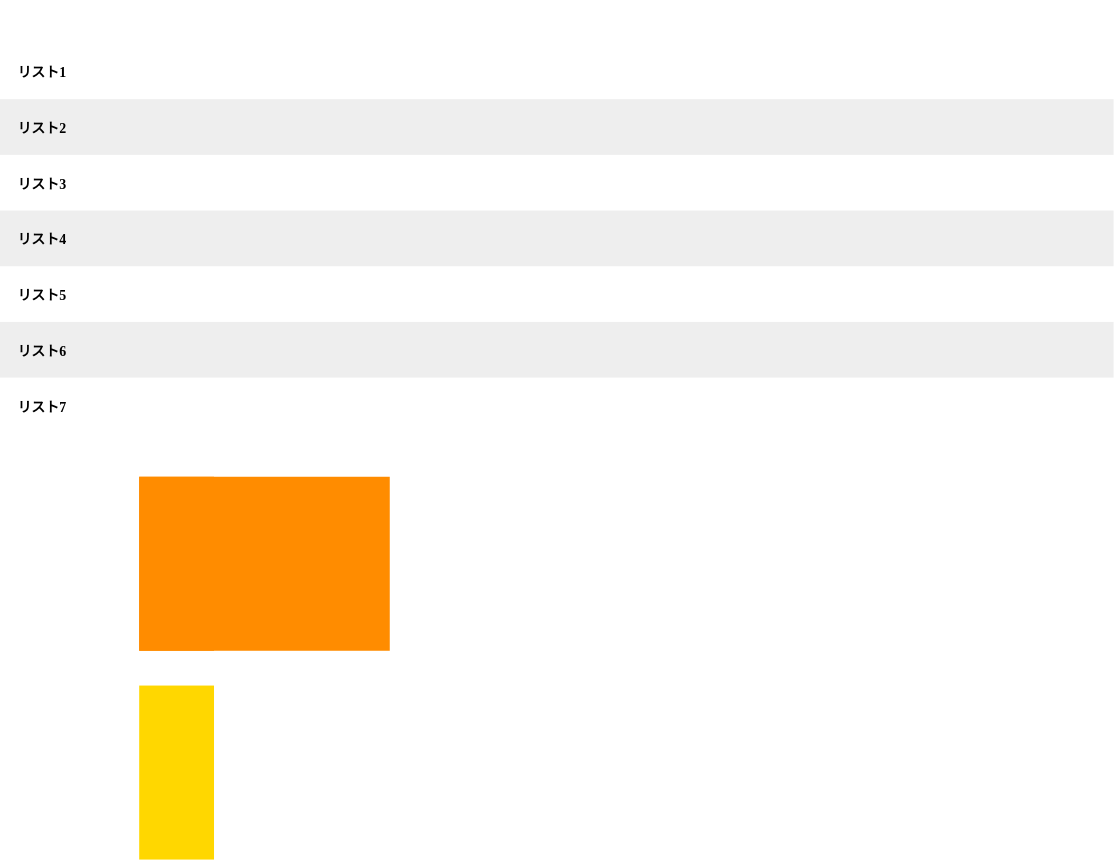
Repository: Tyubyasa/abc
Page: chapter8/chapter8.html
The author's editor kept a record of every edit. The page is drawn from the files as they stood at one moment, then again after the next edit.
The browser window is 1280 px wide. The pictures show the whole page, at 87% of full size.

Above is the page before.

### chapter8/chapter8.html
<!DOCTYPE html>
<html lang="ja">
  <head>
    <meta charset="UTF-8" />
    <!-- CSSファイルの読み込み -->
    <link rel="stylesheet" href="chapter8.css" />
    <title>chapter8</title>
 </head>

 <style>
    .body {
        font-size: 12px;
    }
</style>

<section class="main">
    <h1 class="item-list">
      </h1>
   <h4 class="item">
     リスト1
      </h4>
      <h4 class="item">
      リスト2
      </h4>
      <h4 class="item">
        リスト3
      </h4>
      <h4 class="item">
        リスト4
      </h4>
      <h4 class="item">
        リスト5
      </h4>
      <h4 class="item">
        リスト6
      </h4>
      <h4 class="item">
        リスト7
      </h4>
</section>

 <!-- main用のdiv -->
    <main>
      <div class="box-list">
        <div class="box">
      <div class="box">
         </div>
        <div class="box">
           </div>
          <div class="box3">
             </div>
            <div class="box4">
               </div>
              <div class="box5">
                 </div>
                <div class="box6">
                   </div>
                  <div class="box7">
                     </div>
                    <div class="box8">
                       </div>
                      <div class="box9">
          </div>
          </div>
          </div>
          </main>

### chapter8/chapter8.css
* {
  margin: 0;
  padding: 0;
  box-sizing: border-box;
}

main {
  width: 960px;
  margin: 50px auto;
}

.item-list {
  margin-bottom: 50px;
}

.item {
  padding: 20px;
  list-style: none;
}

.item:nth-child(odd) {
  background-color: #eee;
}

.box-list {
  display: flex;
  flex-wrap: wrap;
}

.box {
  background-color: #ffd700;
  width: 30%;
  height: 200px;
  margin-right: 5%;
  margin-bottom: 40px;
}

.box:first-child,
.box:nth-child(5),
.box:last-child {
  background-color: #ff8c00;
}

.box:nth-child(3n) {
  margin-right: 0;
}

.box:nth-last-child(-n + 3) {
  margin-bottom: 0;
}

After the next edit:
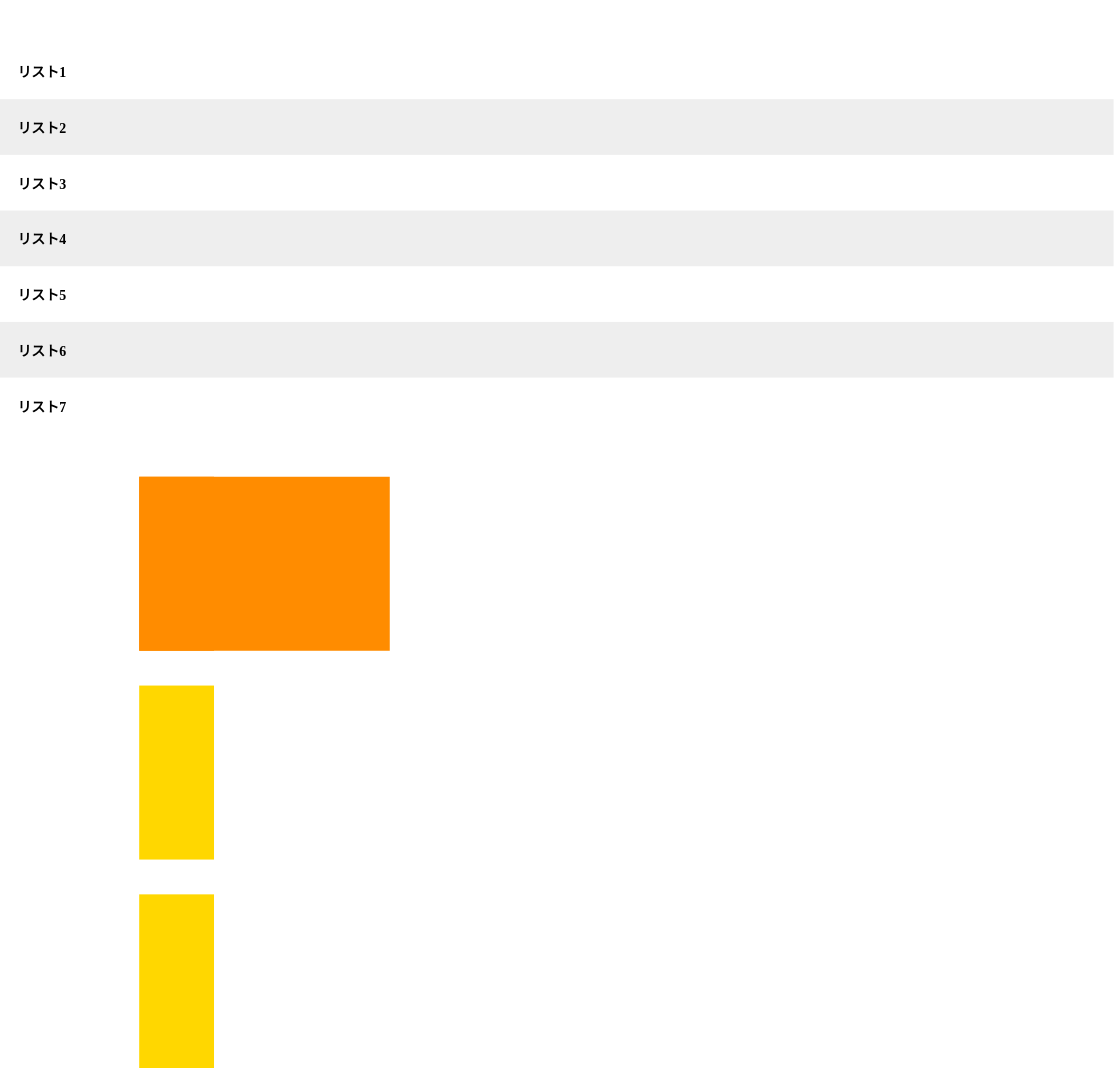
The edit:
--- a/chapter8/chapter8.html
+++ b/chapter8/chapter8.html
@@ -47,7 +47,7 @@
          </div>
         <div class="box">
            </div>
-          <div class="box3">
+          <div class="box">
              </div>
             <div class="box4">
                </div>
